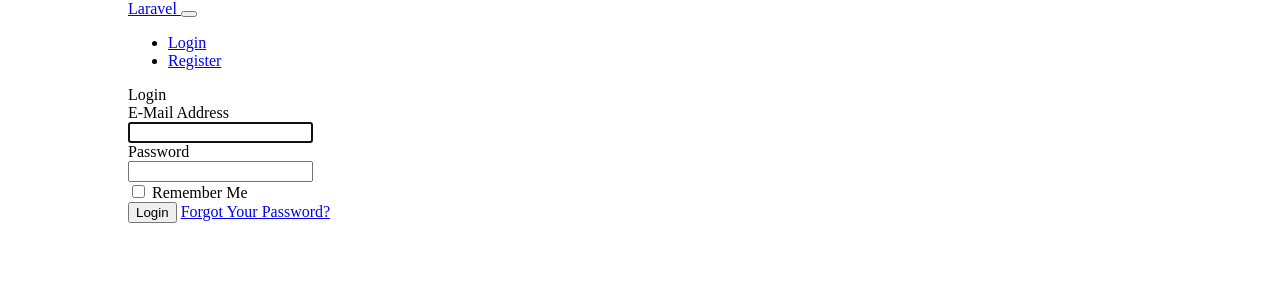
Repository: PatryxB/bikeService
Page: http://localhost/login
These files come from the project's save history. The page is drawn as it stood at one moment and after the next save; the edit follows.
The browser window is 1280 px wide. The pictures show the whole page.
The page is served by the project's Laravel application, run on PHP 8.4 with Laravel 8. Other server files are loaded and not shown. Style sheets and scripts are compiled from the project's sources, by tool versions that may differ from the author's.

Above is the page before, as saved 2020-05-01 13:33:16.

### resources/sass/app.scss
html, body{
    box-sizing: border-box;
    margin: 0;
    padding: 0;
}
.container{
    width: 80%;
    margin: 0 auto;
}
.banner img{
    width: 100%;
    height: 50vh;
}

Loaded but not shown: routes/web.php (common file); app/Http/Controllers/Auth/LoginController.php (common file); app/Http/Controllers/Controller.php (common file); app/Http/Controllers/Auth/ConfirmPasswordController.php (common file); resources/views/auth/login.blade.php (common file); resources/views/layouts/app.blade.php (common file)

After the next save:
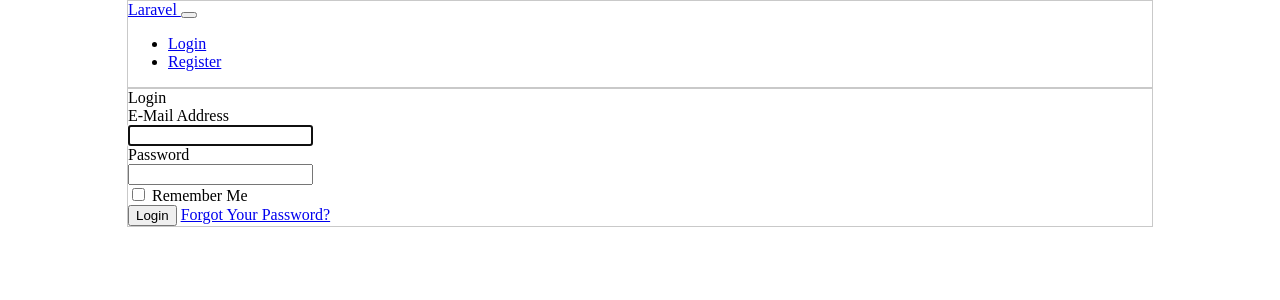
Saved 2 min 6 s later.
--- a/resources/sass/app.scss
+++ b/resources/sass/app.scss
@@ -6,6 +6,7 @@ html, body{
 .container{
     width: 80%;
     margin: 0 auto;
+    border: solid 1px rgba(165, 165, 165, .6);
 }
 .banner img{
     width: 100%;
